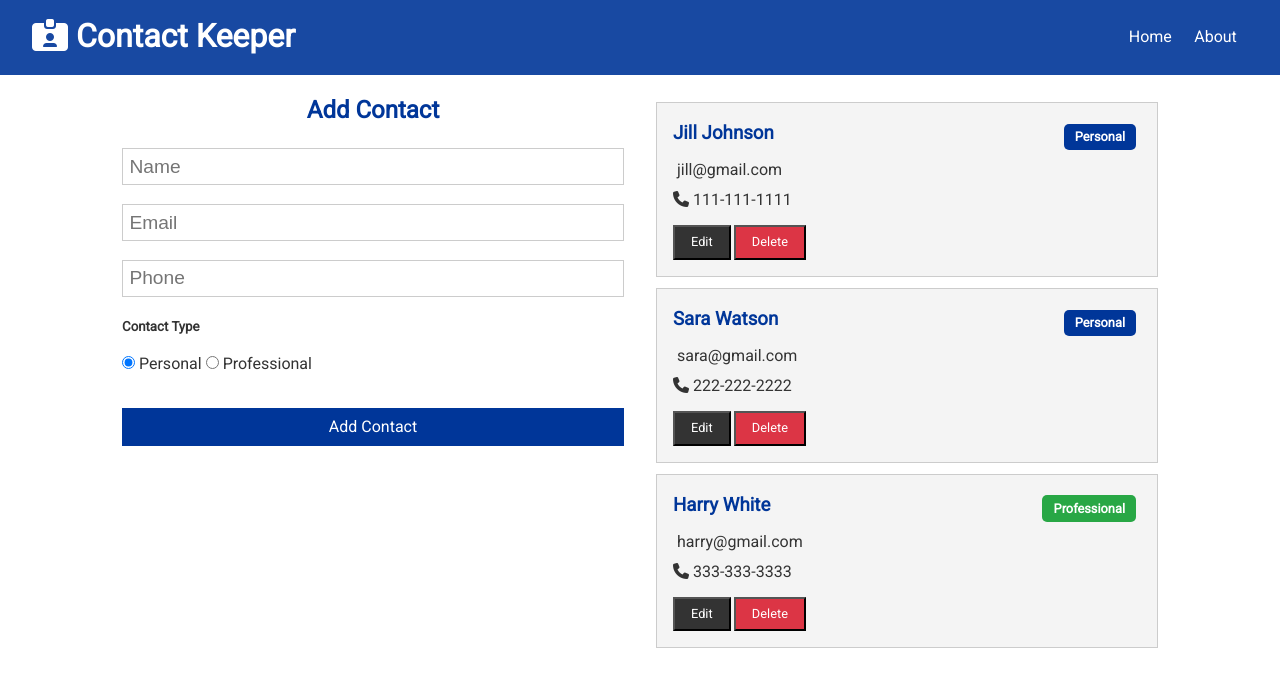
Repository: ntsangani/contact-keeper
Page: / (app in client/)
The author's editor kept a copy of each file at every save. The page is drawn from the files as they stood at one save, then again after the next save.
The browser window is 1280 px wide. The pictures show the whole page.
Some icons come from a web library that is not loaded, so they are not drawn. Some web libraries are served in a nearby version. The project was rebuilt for these pictures with package versions that can differ from the ones it lists, and the page was loaded fresh each time. A package was used in the major version that the imports need, not the one package.json lists. Also part of the build but not shown: client/src/components/layout/pages/About.js.

Above is the page before, as saved 2020-06-17 10:04:52.

After the next save:
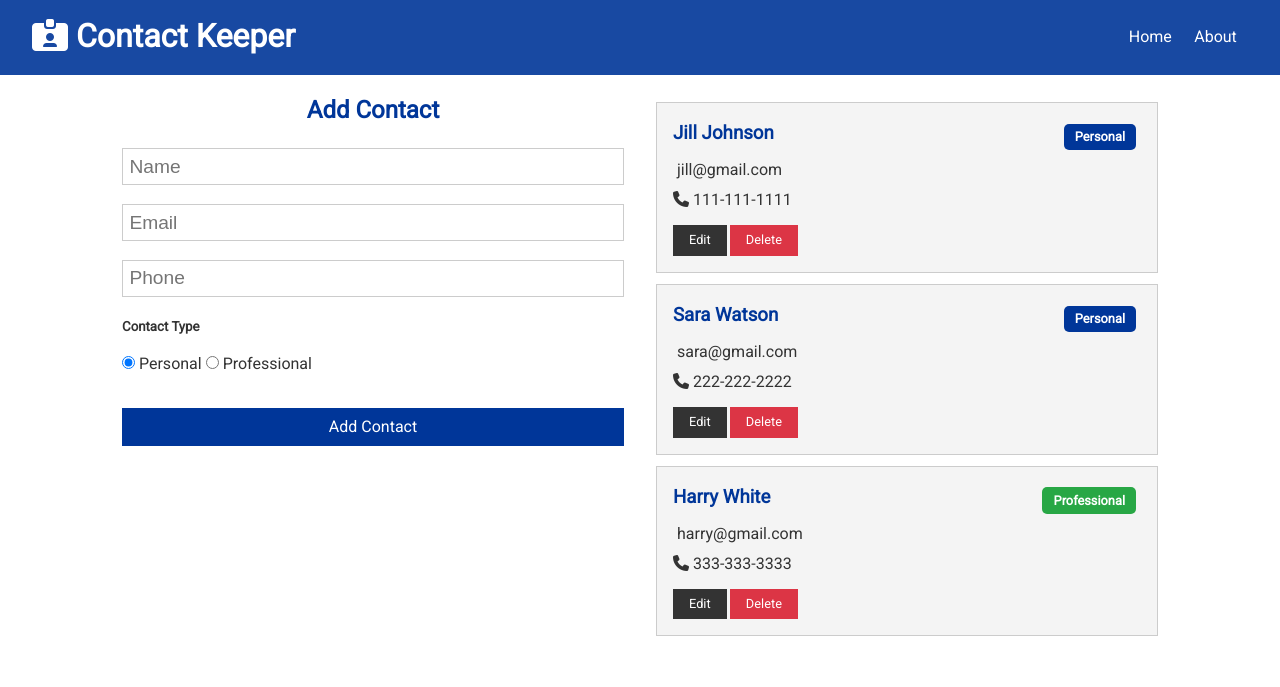
Saved 2 min 56 s later.
--- a/client/src/components/contacts/ContactItem.js
+++ b/client/src/components/contacts/ContactItem.js
@@ -31,8 +31,8 @@ const ContactItem = ({ contact }) => {
         )}
       </ul>
       <p>
-        <button className="btn-dark btn-sm">Edit</button>
-        <button className="btn-danger btn-sm">Delete</button>
+        <button className="btn btn-dark btn-sm">Edit</button>
+        <button className="btn btn-danger btn-sm">Delete</button>
       </p>
     </div>
   );
